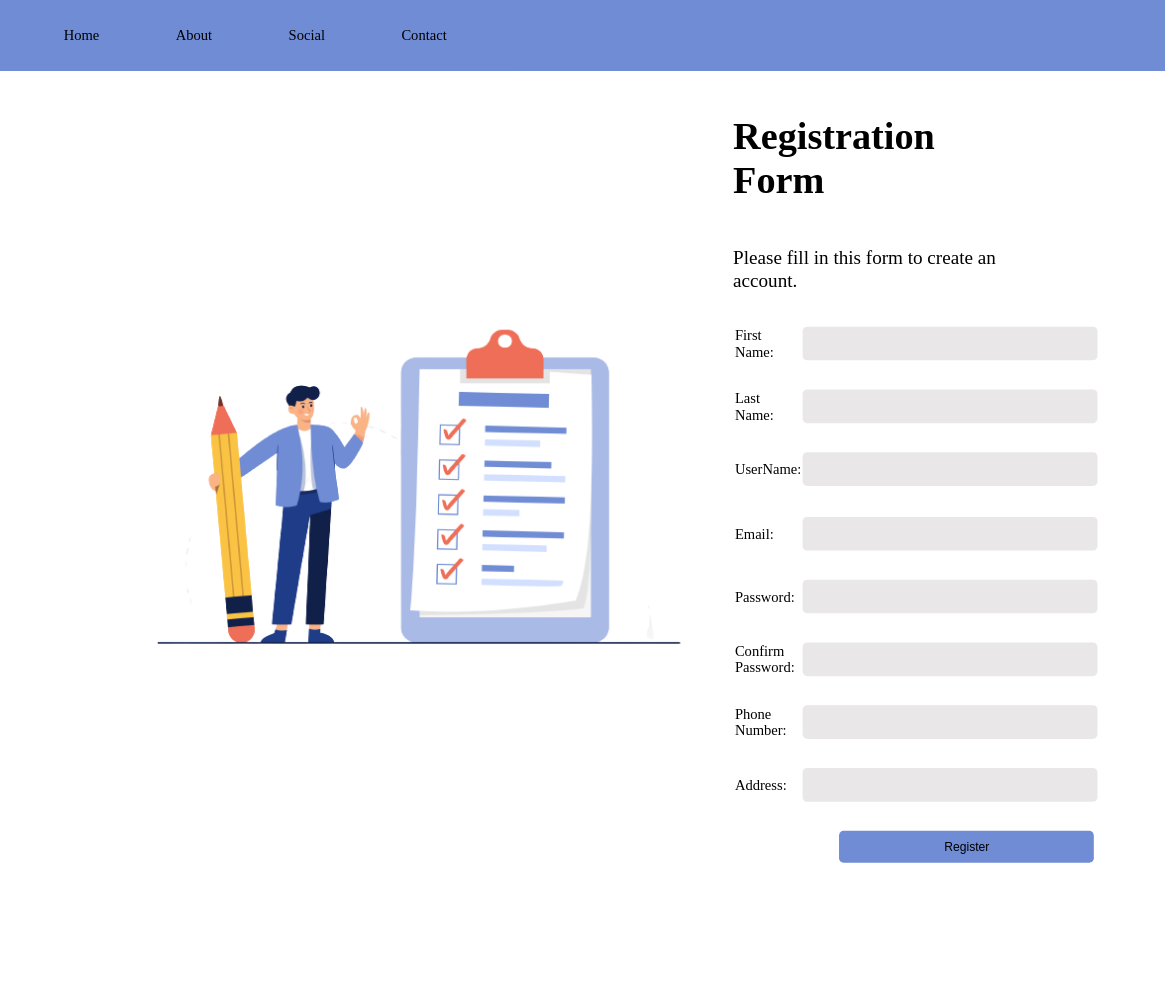
Repository: armanali13000/JAVA_CRUD
Page: http://localhost/CRUD_APP/MemberRegister.jsp
An editor plug-in stored every save of this project. The page is shown before and after the next save, followed by the edit.
The browser window is 1280 px wide. The pictures show the whole page, at 91% of full size.
The page is served by Tomcat 9.

Above is the page before, as saved 2023-02-26 12:11:25.

### CRUD_APP/src/main/webapp/MemberRegister.jsp
<%@ page language="java" contentType="text/html; charset=ISO-8859-1"
    pageEncoding="ISO-8859-1"%>
<!DOCTYPE html>
<html>

<head>
    <meta charset="ISO-8859-1">
    <title>Registration Form</title>

    <style type="text/css">
        body
        {
            padding: 0px;
            margin: 0px;
        }
        .navbar
        {
            background: #708CD5;
            padding: 30px;
            position: sticky;
            top: 0px;

        }
        a
        {
            color: black;
            text-decoration: none;
            padding: 20px;
            margin: 20px;
        }
        .header {
            width: 100%;
            display: flex;
            flex-direction: column;
            align-items: center;
            font-size: 21px;
        }

        .parent {
            display: grid;
            grid-template-columns: 65% 35%;
            width: 80%;
            margin: 120px;
            margin-top: auto;
            align-items: center;
        }

        .imgTable {
            width: 100%;
        }

        table.formtable {
            width: 100%;
        }

        .tableDiv {
            /* border: 2px solid #708CD5; */
            padding: 20px;
        }

        td {
            padding: 15px 0px 15px 0px;

        }

        input {
            width: 100%;
            height: 35px;
            border: none;
            background: #e9e7e7;
            /* border-bottom: 1px solid black; */
            border-radius: 5px;
        }
        .button
        {
            width: 280px;
            margin-left: 40px;

            background-color: #708CD5;
        }
    </style>

</head>

<body>

    <div class="navbar">

        <a href="#">Home</a>
        <a href="#">About</a>
        <a href="#">Social</a>
        <a href="#">Contact</a>

    </div>

    <div class="parent">
        <div class="imgDiv">
            <img class="imgTable" alt="image" src="Checklist.jpg">
        </div>

        <div class="tableDiv">
            <div class="header">
                <h1>Registration Form</h1>
                <p>Please fill in this form to create an account.</p>
            </div>
            <form class="registration" action="Register" method="post">
                <table class="formtable">
                    <tbody class="tableborder">
                        <tr>
                            <td><label>First Name:</label></td>
                            <td><input id="input" type="text"></input></td>
                        </tr>
                        <tr>
                            <td><label>Last Name:</label></td>
                            <td><input id="input" type="text"></input></td>
                        </tr>
                        <tr>
                            <td><label>UserName:</label></td>
                            <td><input id="input" type="text"></input></td>
                        </tr>
                        <tr>
                        <tr>
                            <td><label>Email:</label></td>
                            <td><input id="input" type="email"></input></td>
                        </tr>
                        <td><label>Password:</label></td>
                        <td><input id="input" type="password"></input></td>
                        </tr>
                        <tr>
                            <td><label>Confirm Password:</label></td>
                            <td><input id="input" type="password"></input></td>
                        </tr>
                        <tr>
                            <td><label>Phone Number:</label></td>
                            <td><input id="input" type="text"></input></td>
                        </tr>
                        <tr>
                            <td><label>Address:</label></td>
                            <td><input id="input" type="text"></input></td>
                        </tr>
                        <tr>
                            <td></td>
                            <td><input class="button" type="submit" value="Register"></input></td>
                        </tr>
                    </tbody>
                </table>
            </form>
        </div>
    </div>


</body>

</html>

After the next save:
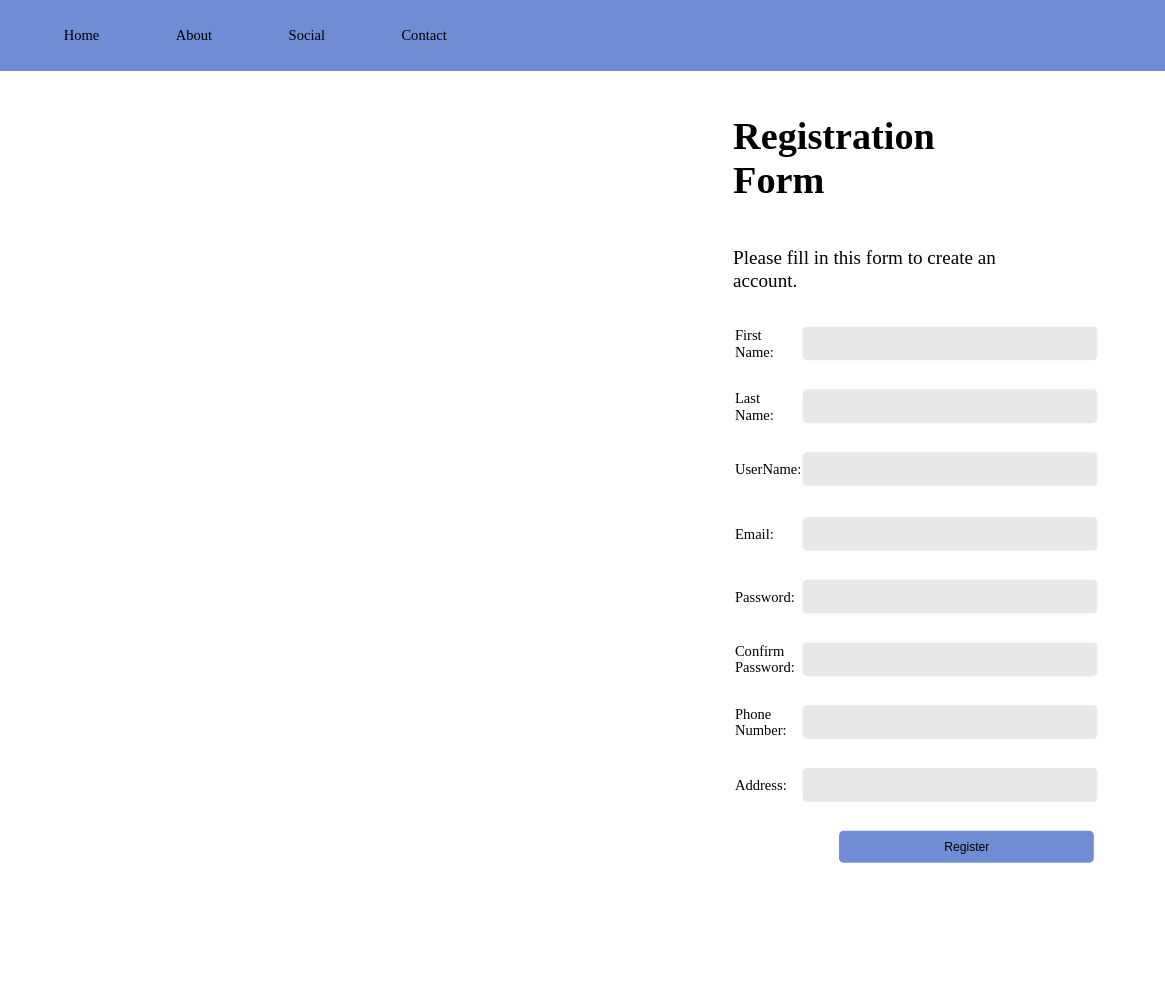
Saved 93 s later.
--- a/CRUD_APP/src/main/webapp/MemberRegister.jsp
+++ b/CRUD_APP/src/main/webapp/MemberRegister.jsp
@@ -95,7 +95,7 @@
 
     <div class="parent">
         <div class="imgDiv">
-            <img class="imgTable" alt="image" src="Checklist.jpg">
+<!--             <img class="imgTable" alt="image" src="Checklist.jpg"> -->
         </div>
 
         <div class="tableDiv">

After the 3 saves that followed:
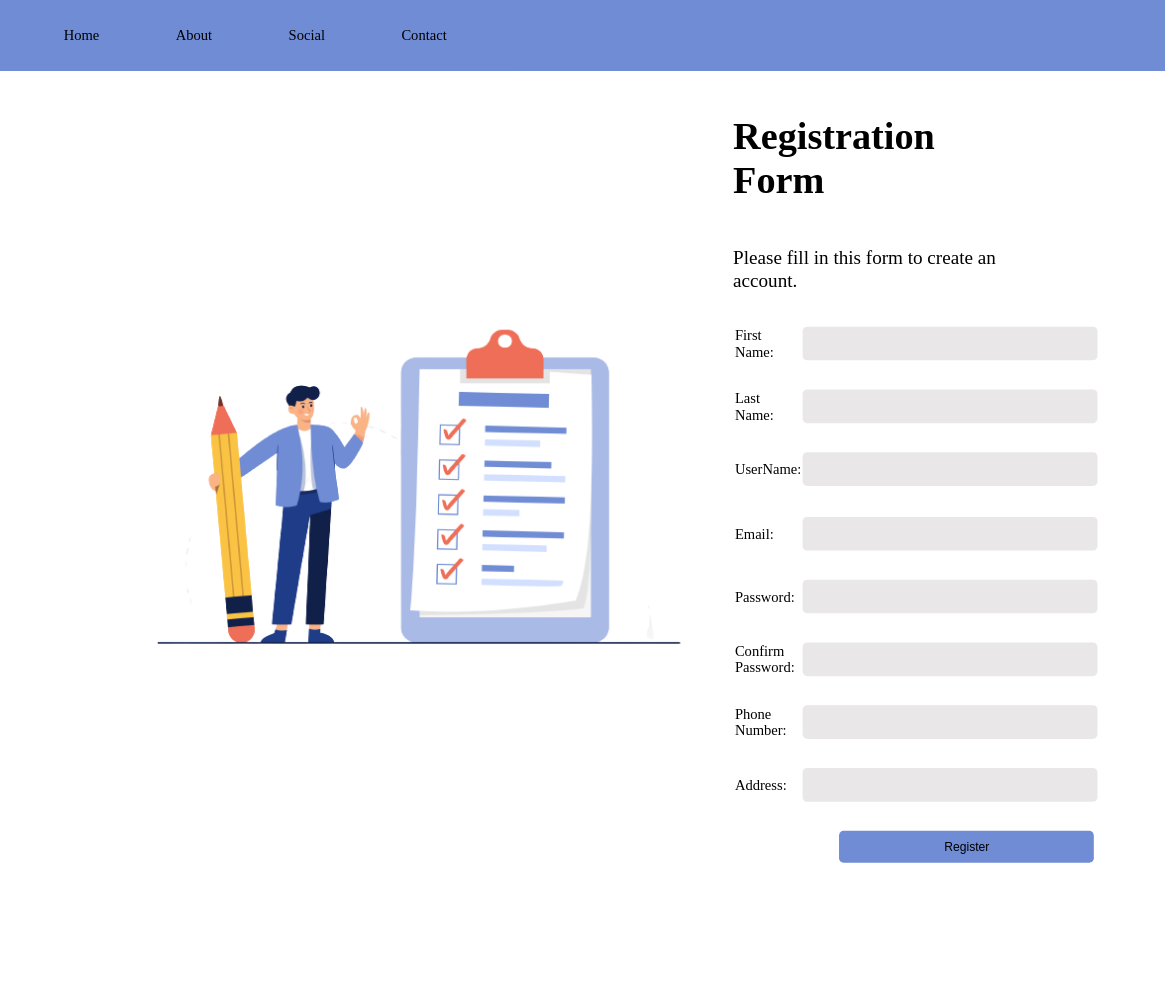
The 3 saves are shown as one change because 2 left the picture as it was.
The last was saved 4 min 19 s later.
--- a/CRUD_APP/src/main/webapp/MemberRegister.jsp
+++ b/CRUD_APP/src/main/webapp/MemberRegister.jsp
@@ -62,7 +62,10 @@
             padding: 15px 0px 15px 0px;
 
         }
-
+		/* .imgDiv
+		{
+			background-image: url(Checklist.jpg);
+		} */
         input {
             width: 100%;
             height: 35px;
@@ -95,7 +98,7 @@
 
     <div class="parent">
         <div class="imgDiv">
-<!--             <img class="imgTable" alt="image" src="Checklist.jpg"> -->
+             <img class="imgTable" alt="image" src="Checklist.jpg">
         </div>
 
         <div class="tableDiv">
